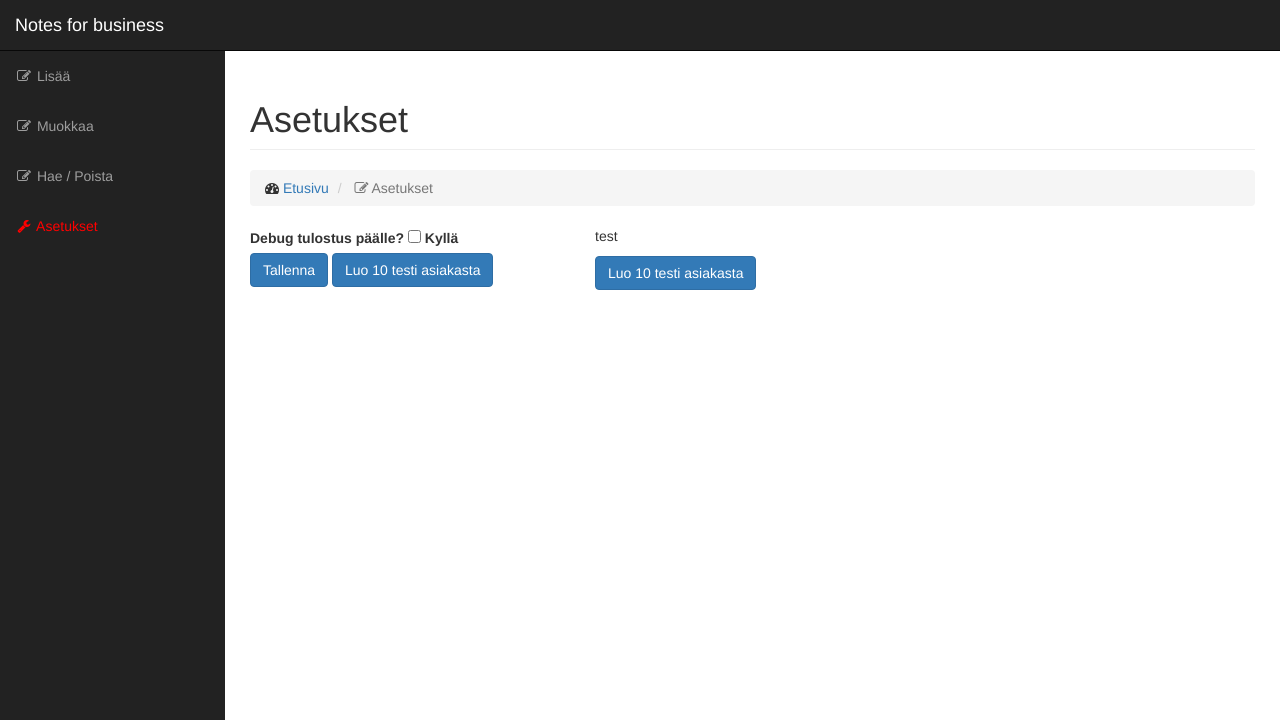
Repository: TommiKurjensalo/php
Page: http://localhost/asetukset.php
An editor plug-in stored every save of this project. The page is shown before and after the next save, followed by the edit.
The browser window is 1280 px wide. The pictures show the whole page.
The page is run by PHP 8.4 with error messages shown; the project is at /var/www/html/.

Above is the page before, as saved 2017-04-22 18:30:57.

### sivut/asetukset.php
<?php
require_once "asetuksetLuokka.php";

// Käynnistetään sessio
session_start ();

// Onko painettu tallenna-painiketta
if (isset($_POST["tallenna"])) {
	if (isset($_COOKIE["isDebug"])) {
		echo "<div style='padding-left:300px;'>";
		echo "post debug: ".(isset($_POST["debug"])
				? $_POST["debug"] : 'notSet') ."  tallenna painike valittu </div>";
	}
	// Viedään muodostimelle kenttien arvot
		if (isset($_POST["debug"])) {
			$asetukset = true;

			// Kirjoitetaan session tiedot talteen
			$_SESSION ["asetukset"] = true;
			session_write_close ();

			// Asetetaan cookie, koska debug haluttiin päälle
			setcookie("isDebug", $_POST["debug"], time() +86400, "/sivut/"); // 86400 = 1 day

			echo (isset($_COOKIE["isDebug"]) ? "<br><div style='padding-left:300px;'> Cookies are enabled </div>" : '');

		} else {

				// Tuhotaan cookie, koska käyttäjä niin halusi
				setcookie("isDebug", "", time() - 3600, "/sivut/");

				echo (isset($_COOKIE["isDebug"]) ? "<br><div style='padding-left:300px;'>  if isset post debug else tuhotaan " : '');

				$_SESSION = array ();

					if (isset ( $_COOKIE [session_name ()] )) {
						setcookie ( session_name (), '', time () - 100, '/' );
					}

				session_destroy ();
				$asetukset = false;

				echo (isset($_COOKIE["isDebug"]) ? "<br> Cookies are disabled" :''). "</div>";
		}

	echo (isset($_COOKIE["isDebug"])
			? "<div style='padding-left:300px;'>if cookie debug sisältö: " .(isset($_COOKIE["isDebug"])
					? $_COOKIE["isDebug"] :'false'). "</div>" : '</div>');

} elseif (isset ( $_POST ["debug"] )) {
	if (isset ( $_SESSION ["asetukset"] )) {
		echo (isset($_COOKIE["isDebug"]) ? "<div style='padding-left:300px;'> elseif isset post&session </div>" :'');
		$_SESSION = array ();

		if (isset ( $_COOKIE [session_name ()] )) {
			setcookie ( session_name (), '', time () - 100, '/' );
		}

		session_destroy ();
	}

} else {

	// Sivulle tultiin ensimmäistä kertaa
	// Tehdään false muuttuja
	$asetukset = false;

	if (isset ($_COOKIE["isDebug"] )) {
		if (isset ( $_SESSION ["asetukset"] )) {
			echo (isset($_COOKIE["isDebug"]) ? "<div style='padding-left:300px;'><br>else isset session asetukset sisältö: " .$_SESSION ["asetukset"]. "</div>" :'');
			$asetukset = true;
		}

		$asetukset = true;
		echo (isset($_COOKIE["isDebug"]) ?
		"<div style='padding-left:300px;'>" .
		" else isset cookie debug sisältö: " .$_COOKIE["isDebug"]. "</div>":'');

	} elseif (isset ( $_SESSION ["asetukset"] )) {
		$asetukset = true;
	}



}

?>

<!DOCTYPE html>
<html lang="en">

<head>

    <meta charset="utf-8">
    <meta http-equiv="X-UA-Compatible" content="IE=edge">
    <meta name="viewport" content="width=device-width, initial-scale=1">
    <meta name="description" content="">
    <meta name="author" content="">

    <title>Notes</title>

    <!-- Bootstrap Core CSS -->
    <link href="css/bootstrap.min.css" rel="stylesheet">

    <!-- Custom CSS -->
    <link href="css/sb-admin.css" rel="stylesheet">

    <!-- Custom Fonts -->
    <link href="font-awesome/css/font-awesome.min.css" rel="stylesheet" type="text/css">

    <!-- HTML5 Shim and Respond.js IE8 support of HTML5 elements and media queries -->
    <!-- WARNING: Respond.js doesn't work if you view the page via file:// -->
    <!--[if lt IE 9]>
        <script src="https://oss.maxcdn.com/libs/html5shiv/3.7.0/html5shiv.js"></script>
        <script src="https://oss.maxcdn.com/libs/respond.js/1.4.2/respond.min.js"></script>
    <![endif]-->

</head>

<body>

    <div id="wrapper">

        <!-- Navigation -->
        <nav class="navbar navbar-inverse navbar-fixed-top" role="navigation">
            <!-- Brand and toggle get grouped for better mobile display -->
            <div class="navbar-header">
                 <a class="navbar-brand" href="index.php">Notes for business</a>

            </div>

            <!-- Sidebar Menu Items - These collapse to the responsive navigation menu on small screens -->
            <div class="collapse navbar-collapse navbar-ex1-collapse">
                <ul class="nav navbar-nav side-nav">
                    <li>
                        <a href="lisaa.php"> <i class="fa fa-fw fa-edit"></i> Lisää</a>
                    </li>
                    <li>
                        <a href="muokkaa.php"><i class="fa fa-fw fa-edit"></i> Muokkaa</a>
                    </li>
                    <li>
                        <a href="listaaKaikki.php"><i class="fa fa-fw fa-edit"></i> Hae / Poista</a>
                    </li>
                    <li>
                        <a href="asetukset.php" class="active"><i class="fa fa-fw fa-wrench"></i> Asetukset</a>
                    </li>

                </ul>
            </div>
            <!-- /.navbar-collapse -->
        </nav>

        <div id="page-wrapper">

            <div class="container-fluid">

                <!-- Page Heading -->
                <div class="row">
                    <div class="col-lg-12">
                        <h1 class="page-header">
                            Asetukset
                        </h1>
                        <ol class="breadcrumb">
                            <li>
                                <i class="fa fa-dashboard"></i>  <a href="index.php">Etusivu</a>
                            </li>
                            <li class="active">
                                <i class="fa fa-edit"></i> Asetukset
                            </li>
                        </ol>
                    </div>
                </div>
                <!-- /.row -->

                <div class="row">
                    <div class="col-lg-4">

                        <form class="form-inline" role="form" action="<?php echo htmlspecialchars($_SERVER["PHP_SELF"]);?>" method="post">

                            <div class="form-check form-check-inline">
  							  <label class="form-check-label"> Debug tulostus päälle?
	                                	<input name="debug" type="checkbox" class="form-check-input" value="true"
	                                	<?php echo (($asetukset ===true) ? ' checked' : ''); ?> /> Kyllä</label>
	                                </div>

                          	<div class="form-group">

                            		<input name="tallenna" type="submit" class="btn btn-primary px-2" value="Tallenna"/>
                 					<input name="luoTestiAsiakkaita" type="submit" class="btn btn-primary px-2" value="Luo 10 testi asiakasta"/>
							</div> <!-- ./form-group -->


					</div> <!-- ./col-lg-4 -->

						<div class="col-lg-4"> <!-- luo testi asiakkaita -->
						<p>test</p>
							<?php
							if (isset($_POST["luoTestiAsiakkaita"])) {
							try {

								$asiakas = new Asetukset();
								$rivit = $asiakas->lisaaTestiAsiakkaita();

							echo ((stripos($rivit[0], 'lisaa ok') !== FALSE && stripos($rivit[1],
			                      'lisaa_kayttojarjestelma ok') !== FALSE)
			                       ? '<h3 style="color:green"><i class="glyphicon glyphicon-ok">
			                       </i> Testi asiakkaat on lisätty onnistuneesti! <br> Lisättyjä rivejä: '
			                       .$rivit[2]. '</h3>': '<h3>Lisäys epäonnistui</h3>');
							} catch (Exception $error) {

								print($error->getMessage());
								echo "<br>";
								}
							}
							?>

							<div class="form-group">
                 					<input name="luoTestiAsiakkaita" type="submit" class="btn btn-primary px-2" value="Luo 10 testi asiakasta"/>
							</div> <!-- ./form-group -->

						</div> <!-- ./col-lg-4  luo testi asiakkaita -->

                    </form>
                </div>
                <!-- /.row -->

            </div>
            <!-- /.container-fluid -->

        </div>
        <!-- /#page-wrapper -->

    </div>
    <!-- /#wrapper -->

    <!-- jQuery -->
    <script src="js/jquery.js"></script>

    <!-- Bootstrap Core JavaScript -->
    <script src="js/bootstrap.min.js"></script>

</body>

</html>

### sivut/asetuksetLuokka.php
<?php
require_once "PDO.php";

class Asetukset {
public function lisaaTestiAsiakkaita() {

// *** lisaa taulun lisäys
for ($i=1;$i<=10;$i++) {
	// Luodaan SQL kysely tietojen lisäystä varten
	$sql_lisaa = "INSERT INTO lisaa (asiakkaanNimi,sahkopostiosoite,puhelinNumero,
                        		asennusPaivamaara,levytila,lisatietoa)
                               	VALUE (:asiakkaanNimi,:sahkopostiosoite,:puhelinNumero,
                                :asennusPaivamaara,:levytila,:lisatietoa);";

	// Valmistellaan lause
	$stmt_lisaa = Database :: prepare($sql_lisaa);

	// Jos lausetta ei ole onnistuneesti valmisteltu, annetaan virheilmoitus
	if (! $stmt_lisaa = Database :: prepare($sql_lisaa)) {
		$virhe_lisaa = Database :: errorInfo();

		throw new PDOException($virhe_lisaa[2], $virhe_lisaa[1]);
	}

	// Asetetaan asiakkaan nimi Asiakas?
	$stmt_lisaa->bindValue(":asiakkaanNimi", utf8_decode("Asiakas".$i), PDO::PARAM_STR);

	// Asetetaan sähköposti
	$stmt_lisaa->bindValue(":sahkopostiosoite", utf8_decode("asiakas".$i."@asiakas.org"), PDO::PARAM_STR);

	// Asetetaan puhelinnumero
	$stmt_lisaa->bindValue(":puhelinNumero", utf8_decode("040-123 45".$i), PDO::PARAM_STR);

	// Asetetaan asennuspäivämäärä
	$stmt_lisaa->bindValue(":asennusPaivamaara", utf8_decode("2016-05-" .$i), PDO::PARAM_STR);

	// Asetetaan levytila 20x Gt
	$stmt_lisaa->bindValue(":levytila", utf8_decode("20".$i), PDO::PARAM_INT);


	// Asetetaan lisatietoa
	$stmt_lisaa->bindValue(":lisatietoa", utf8_decode("Lisätietoja koskien asiakasta".$i), PDO::PARAM_STR);

	$tulos = array();

	// Jos SQL kyselylausekkeen ajo epäonnistuu, näytetään virheviesti
	if (! $stmt_lisaa->execute()) {
		$virhe_lisaa = $stmt_lisaa->errorInfo();
		$tulos[] = $virhe_lisaa;

		if ($virhe_lisaa[0] == "HY093") {
			$virhe_lisaa[2] = "Invalid parameter";
		}
		throw new PDOException($virhe_lisaa[2], $virhe_lisaa[1]);
	} else {
		$tulos[] = "lisaa ok";
	}
//} // for loop - lisaa kantaan

	// debuggausta varten
	if (isset($_COOKIE["isDebug"])) {
		echo "<br>var_dump: ".	var_dump($lisaa). "<br>";
		echo "INSERT INTO lisaa (lisaaId,asiakkaanNimi,sahkopostiosoite,puhelinNumero,
				asennusPaivamaara,levytila,lisatietoa)
				VALUE (:lisaaId,\"".$lisaa->getAsiakkaanNimi()."\",\"" .$lisaa->getSahkopostiosoite(). "\",\"" .$lisaa->getPuhelinNumero()."\",
				\"".$asennusPaivamaara."\",\"".$lisaa->getLevytila()."\",\"".$lisaa->getLisatietoa()."\");";

		echo '<br>';
	}

// *** lisaa_kayttajarjestelma taulun lisäys
$y=0; // muuttuja käyttöjärjestelmä id:tä varten

//for ($i=1;$i<=10;$i++) {
	(($y >=4) ? $y=1 : $y++);
	// SQL lauseke
	$sql_linkkaus = "INSERT INTO lisaa_kayttojarjestelma (kayttoJarjestelmaId,lisaaId)
                     VALUE (:kayttoJarjestelmaId,:lisaaId);";

	// Valmistellaan lause
	$stmt_linkkaus = Database :: prepare($sql_linkkaus);

	// Jos lausetta ei ole onnistuneesti valmisteltu, annetaan virheilmoitus
	if (! $stmt_linkkaus = Database :: prepare($sql_linkkaus)) {
		$virhe_linkkaus = Database :: errorInfo();

		throw new PDOException($virhe_linkkaus[2], $virhe_linkkaus[1]);
	}

	// Asetetaan käyttöjärjestelmä id
	$stmt_linkkaus->bindValue(":kayttoJarjestelmaId", utf8_decode($y), PDO::PARAM_STR);

	// Asetetaan lisaa id
	$stmt_linkkaus->bindValue(":lisaaId", utf8_decode(Database::lastInsertId()), PDO::PARAM_INT);

	// Jos SQL kyselylausekkeen ajo epäonnistuu, näytetään virheviesti
	if (! $stmt_linkkaus->execute()) {
		$virhe_linkkaus = $stmt_linkkaus->errorInfo();
		$tulos[] = $virhe_linkkaus;
		if ($virhe_linkkaus[0] == "HY093") {
			$virhe_linkkaus[2] = "Invalid parameter";
		}

		throw new PDOException($virhe_linkkaus[2], $virhe_linkkaus[1]);
	} else {
		$tulos[] = "lisaa_kayttojarjestelma ok";
	}

	if (isset($_COOKIE["isDebug"])) {
		echo "INSERT INTO lisaa_kayttojarjestelma (kayttoJarjestelmaId,lisaaId)
              VALUE (\"".$y."\",\"".Database::lastInsertId()."\");";
	}

} // for loop -


	$this->lkm = $stmt_lisaa->rowCount();
	$tulos[] = $this->lkm;
	return $tulos;

} // function lisaaTestiAsiakkaita
}
?>

### sivut/PDO.php
<?php

class Database {

	// Määritellään $link muuttujalle arvo null
	private static $link = null ;

	// Luodaan funktio getLink, joka palauttaa $link arvon, jos se on true
	private static function getLink ( ) {
		if ( self :: $link ) {
			return self :: $link ;
		}

		// Määritellään asetustiedosto
		$ini = "pdo_settings.ini" ;

		// Määritetään, muuttujalle asetustiedoston sisältö, jos tiedostoa ei löydy annettaan virheilmoitus
		//$parse = parse_ini_file ( $ini , TRUE ) ;
		if (!$parse = parse_ini_file($ini, TRUE,INI_SCANNER_TYPED)) throw new exception('Ei pystytty avaamaan tiedostoa ' . $ini . '.');

		// Annetaan muuttujille arvot asetustiedostosta
		$driver = $parse [ "db_driver" ] ;
		$dsn = "${driver}:" ;
		$user = $parse [ "db_user" ] ;
		$password = $parse [ "db_password" ] ;
		$options = $parse [ "db_options" ] ;
		$attributes = $parse [ "db_attributes" ] ;

		// Luodaan [dsn] lohkon avulla $dsn muuttujan parametrit
		foreach ( $parse [ "dsn" ] as $k => $v ) {
			$dsn .= "${k}=${v};" ;
		}

		// Avataan uusi PDO yhteys annetuilla arvoilla
		self :: $link = new PDO ( $dsn, $user, $password, $options ) ;


		// Käydään attribuutit läpi ja ajetaan ne
		foreach ( $attributes as $k => $v ) {

			self :: $link -> setAttribute ( constant ( "{$k}" )
			, constant ( "{$v}" ) );
			//echo ( "link -> setAttribute (" .$k.", ".$v. ")" );
		}


		// Palautetaan $link (yhteys)
		return self :: $link ;

} // getLink

	// Pyytää linkin tiedon array listaan
	public static function __callStatic ( $name, $args ) {
		$callback = array ( self :: getLink ( ), $name ) ;
		return call_user_func_array ( $callback , $args ) ;
	}

	// Yksinkertainen funtio, joka testaa onko yhteys päällä
	public function isConnected()
	{
		try {
			return (bool) Database::query('SELECT 1+1');
		} catch (PDOException $e) {
			return FALSE;
		}
	} // isConnected
} // Database

?>

### sivut/css/sb-admin.css
/*!
 * Start Bootstrap - SB Admin (http://startbootstrap.com/)
 * Copyright 2013-2016 Start Bootstrap
 * Licensed under MIT (https://github.com/BlackrockDigital/startbootstrap/blob/gh-pages/LICENSE)
 */

/* Global Styles */

body {
    margin-top: 100px;
   /* background-color: #222; */
}

@media(min-width:768px) {
    body {
        margin-top: 50px;
    }
}

#wrapper {
    padding-left: 0;
}

#page-wrapper {
    width: 100%;
    padding: 0;
    background-color: #fff;
}

.huge {
    font-size: 50px;
    line-height: normal;
}

@media(min-width:768px) {
    #wrapper {
        padding-left: 225px;
    }

    #page-wrapper {
        padding: 10px;
    }
}

/* Top Navigation */

.top-nav {
    padding: 0 15px;
}

.top-nav>li {
    display: inline-block;
    float: left;
}

.top-nav>li>a {
    padding-top: 15px;
    padding-bottom: 15px;
    line-height: 20px;
    color: #999;
}

.top-nav>li>a:hover,
.top-nav>li>a:focus,
.top-nav>.open>a,
.top-nav>.open>a:hover,
.top-nav>.open>a:focus {
    color: #fff;
    background-color: #000;
}

.top-nav>.open>.dropdown-menu {
    float: left;
    position: absolute;
    margin-top: 0;
    border: 1px solid rgba(0,0,0,.15);
    border-top-left-radius: 0;
    border-top-right-radius: 0;
    background-color: #fff;
    -webkit-box-shadow: 0 6px 12px rgba(0,0,0,.175);
    box-shadow: 0 6px 12px rgba(0,0,0,.175);
}

.top-nav>.open>.dropdown-menu>li>a {
    white-space: normal;
}

ul.message-dropdown {
    padding: 0;
    max-height: 250px;
    overflow-x: hidden;
    overflow-y: auto;
}

li.message-preview {
    width: 275px;
    border-bottom: 1px solid rgba(0,0,0,.15);
}

li.message-preview>a {
    padding-top: 15px;
    padding-bottom: 15px;
}

li.message-footer {
    margin: 5px 0;
}

ul.alert-dropdown {
    width: 200px;
}

/* Side Navigation */

@media(min-width:768px) {
    .side-nav {
        position: fixed;
        top: 51px;
        left: 225px;
        width: 225px;
        margin-left: -225px;
        border: none;
        border-radius: 0;
        overflow-y: auto;
        background-color: #222;
        bottom: 0;
        overflow-x: hidden;
        padding-bottom: 40px;
    }

    .side-nav>li>a {
        width: 225px;
    }

	.nav .navbar-nav .side-nav > .active > a {
        color:red !important;
    }

	.side-nav a.active{
        color:red !important;
    }

    .side-nav li a:hover,
    .side-nav li a:focus {
        outline: none;
        background-color: #000 !important;
    }
}

.side-nav>li>ul {
    padding: 0;
}

.side-nav>li>ul>li>a {
    display: block;
    padding: 10px 15px 10px 38px;
    text-decoration: none;
    color: #999;
}

.side-nav>li>ul>li>a:hover {
    color: #fff;
}

/* Flot Chart Containers */

.flot-chart {
    display: block;
    height: 400px;
}

.flot-chart-content {
    width: 100%;
    height: 100%;
}

/* Custom Colored Panels */

.huge {
    font-size: 40px;
}

.panel-green {
    border-color: #5cb85c;
}

.panel-green > .panel-heading {
    border-color: #5cb85c;
    color: #fff;
    background-color: #5cb85c;
}

.panel-green > a {
    color: #5cb85c;
}

.panel-green > a:hover {
    color: #3d8b3d;
}

.panel-red {
    border-color: #d9534f;
}

.panel-red > .panel-heading {
    border-color: #d9534f;
    color: #fff;
    background-color: #d9534f;
}

.panel-red > a {
    color: #d9534f;
}

.panel-red > a:hover {
    color: #b52b27;
}

.panel-yellow {
    border-color: #f0ad4e;
}

.panel-yellow > .panel-heading {
    border-color: #f0ad4e;
    color: #fff;
    background-color: #f0ad4e;
}

.panel-yellow > a {
    color: #f0ad4e;
}

.panel-yellow > a:hover {
    color: #df8a13;
}

@media screen and (max-width: 1024px) {
				.etusivu {
				left: 50%;
				margin-left: -512px; }
		}

.etusivu {
			background: linear-gradient(to bottom,rgba(0, 0, 0, 0), rgba(0, 0, 0, 0.4)
			),url(../img/film-background.jpg);
			position: fixed;
			overflow: hidden;
			left: 0;
	  		/* Set rules to fill background */
			min-height: 100%;
			min-width: 1024px;

			/* Set up proportionate scaling */
			width: 100%;
			height: auto;
    	}

.etusivu > h1 {
		     margin: 0;
			 color: white;
			 padding: 10% 0 0 50%;
			 text-shadow: 10px 10px 0 black;
		 }

hr {
   display: block;
   position: relative;
   height: 0;
   width: 100%;
   max-height: 0;
   font-size: 1px;
   line-height: 10px;
   clear: both;
   border: none;
   border-top: 2px solid #aaaaaa;
   border-bottom: 2px solid #ffffff;
}

.table-hover>tbody>tr:hover>td, .table-hover>tbody>tr:hover>th {
  background-color: #646464;
  color:#eeeeee;
}

Loaded but not shown: sivut/css/bootstrap.min.css (library); sivut/font-awesome/css/font-awesome.min.css (library); sivut/js/jquery.js (library); sivut/js/bootstrap.min.js (library)

After the next save:
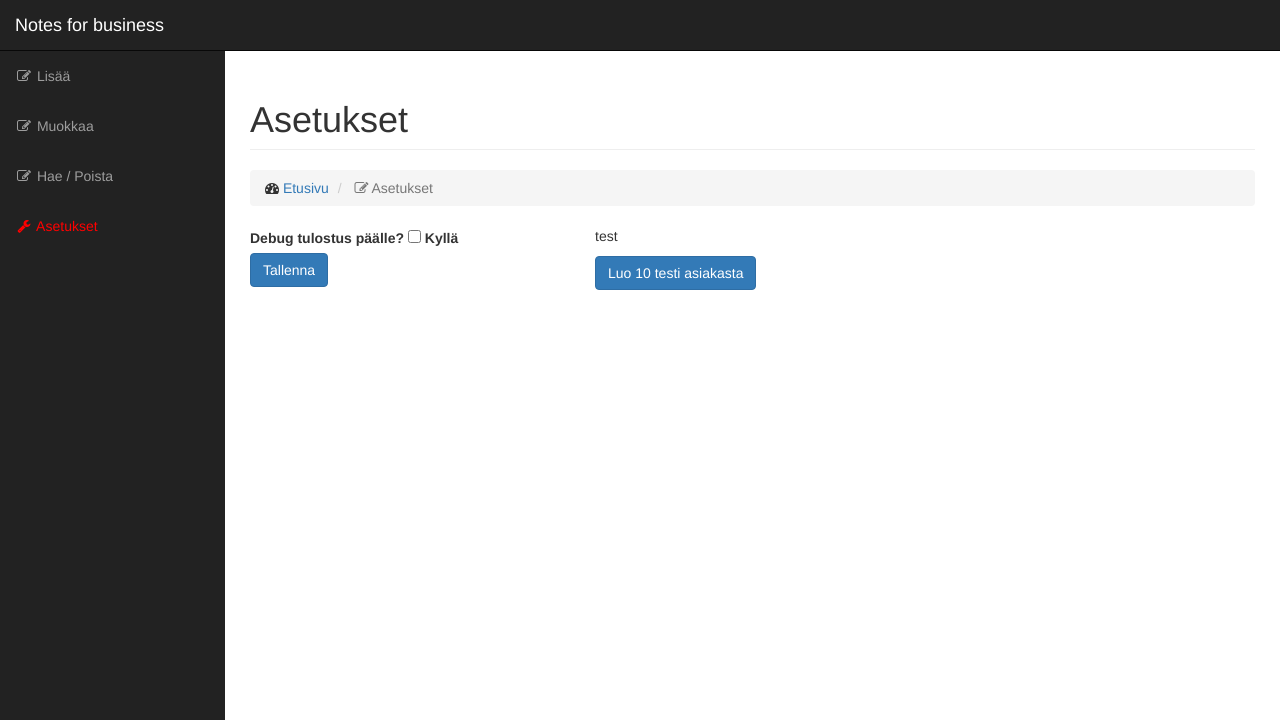
Saved 9 s later.
--- a/sivut/asetukset.php
+++ b/sivut/asetukset.php
@@ -186,7 +186,6 @@ if (isset($_POST["tallenna"])) {
                           	<div class="form-group">
 
                             		<input name="tallenna" type="submit" class="btn btn-primary px-2" value="Tallenna"/>
-                 					<input name="luoTestiAsiakkaita" type="submit" class="btn btn-primary px-2" value="Luo 10 testi asiakasta"/>
 							</div> <!-- ./form-group -->
 
 
